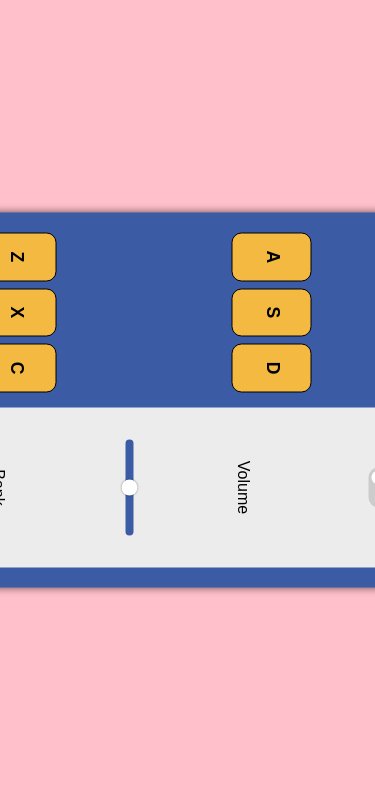
Repository: alfredoleano/drum-machine
Page: /
The author's editor kept a copy of each file at every save. The page is drawn from the files as they stood at one save, then again after the next save.
The browser window is 375 px wide. The pictures show the whole page.
The project was rebuilt for these pictures with package versions that can differ from the ones it lists, and the page was loaded fresh each time.

Above is the page before, as saved 2024-06-11 20:25:45.

After the next save:
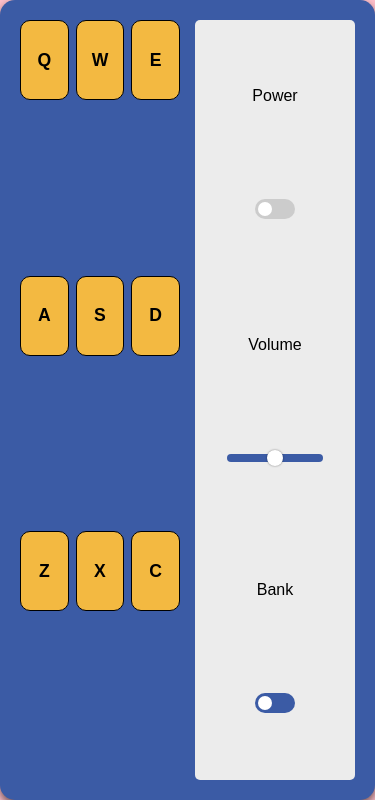
Saved 43 s later.
--- a/src/styles.scss
+++ b/src/styles.scss
@@ -251,7 +251,7 @@
   }
 
   #display {
-    transform: rotate(90deg);
+    // transform: rotate(90deg);
     // max-width: 100vh;
     width: 100%;
     height: 100%;

After the save that followed:
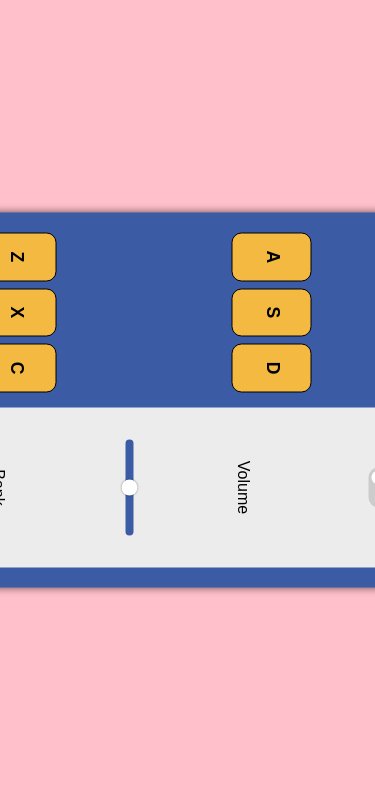
Saved 14 s later.
--- a/src/styles.scss
+++ b/src/styles.scss
@@ -252,6 +252,7 @@
 
   #display {
     // transform: rotate(90deg);
+    rotate: 90deg;
     // max-width: 100vh;
     width: 100%;
     height: 100%;
